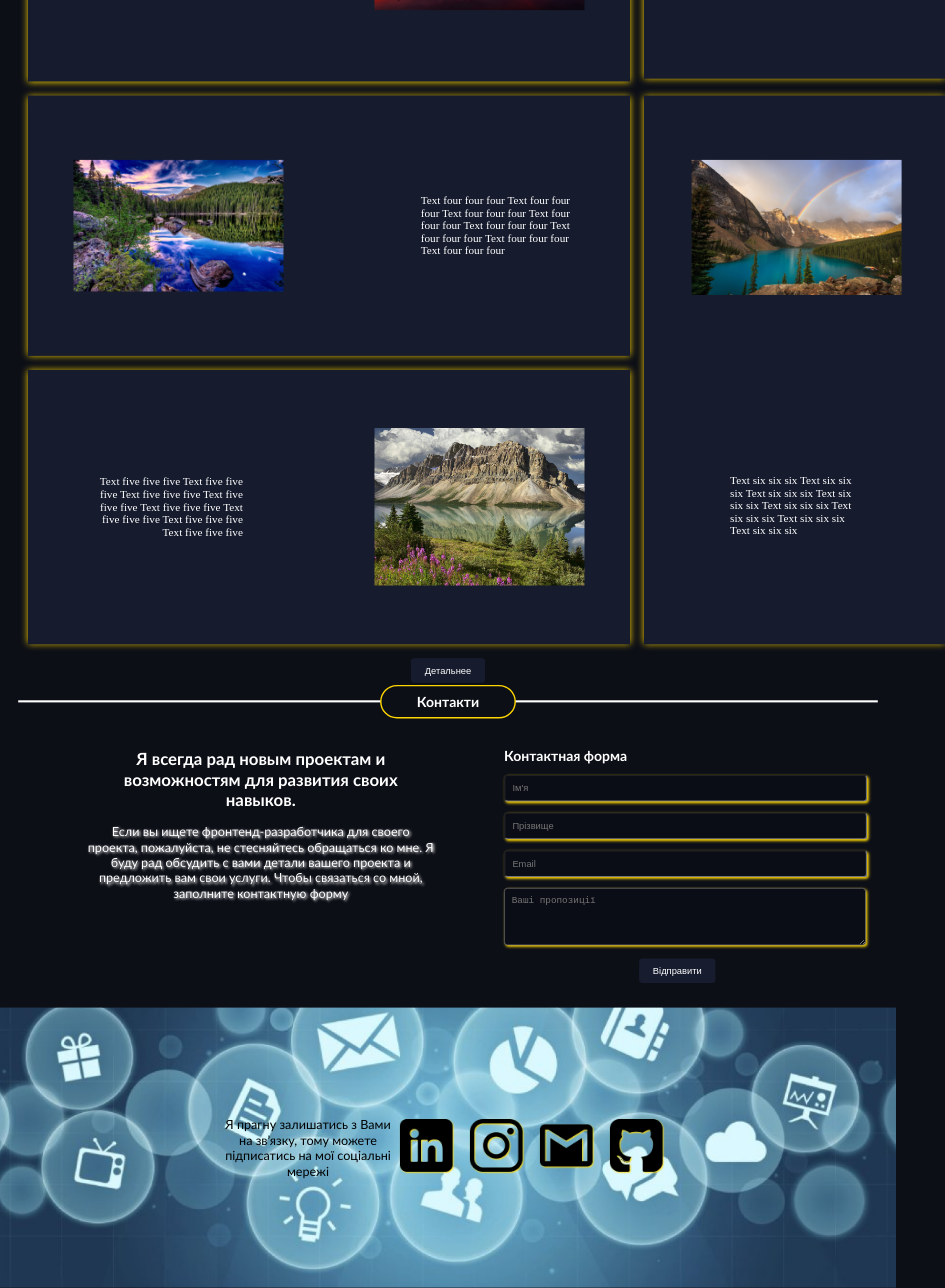
Repository: qtqqrdy13/cv-2
Page: index.html
An editor plug-in stored every save of this project. The page is shown before and after the next save, followed by the edit.
The browser window is 1280 px wide. The page is 1350 px wide, so the pictures cover 1350 px, including what lies to the right of the window. The pictures show the part of the page from y = 3628 to 5468 px (the page is 5468 px tall), at 70% of full size.

Above is the page before, as saved 2023-10-12 16:50:33.

After the next save:
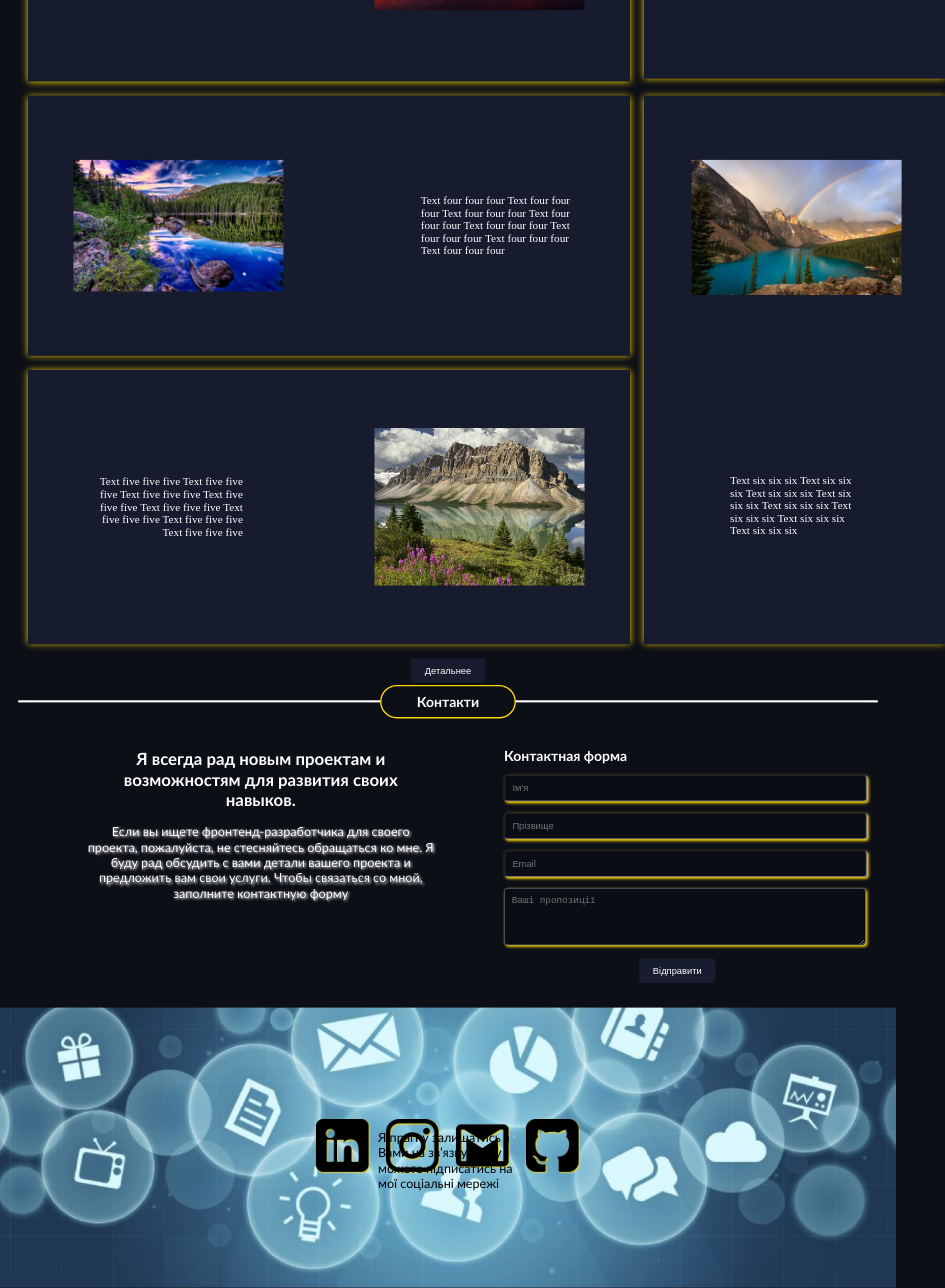
Saved 117 s later.
--- a/main.css
+++ b/main.css
@@ -774,6 +774,9 @@ footer{
 }
 .icons_text p{
     font-size:18px;
-    text-align: center;
+    position:absolute;
+    top:50%;
+    left: 50%;
+    transform:translate(-50%, -50%);
     font-family: 'Trebuchet MS', 'Lucida Sans Unicode', 'Lucida Grande', 'Lucida Sans', Arial, sans-serif;
 }
